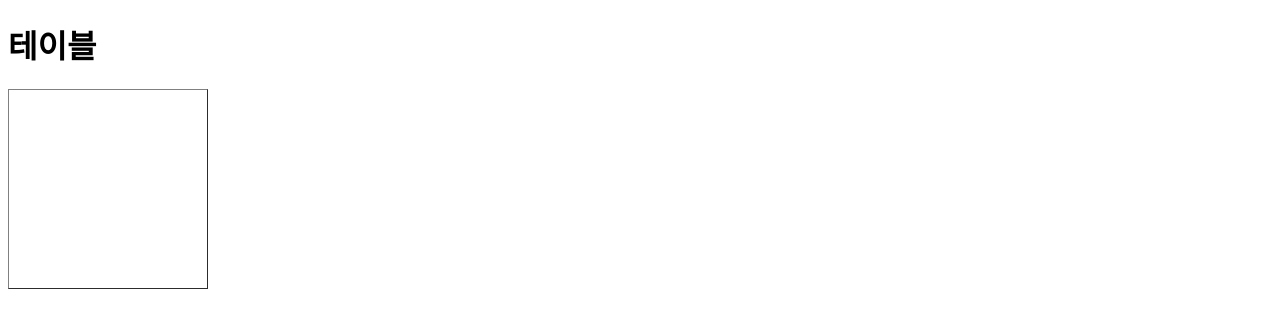
Repository: kmd192kmd/Web
Page: html/HtmlTest/src/main/webapp/ex15_table.html
These files come from the project's save history. The page is drawn as it stood at one moment and after the next save; the edit follows.
The browser window is 1280 px wide. The pictures show the whole page.

Above is the page before, as saved 2026-02-13 06:11:59.

### html/HtmlTest/src/main/webapp/ex15_table.html
<!DOCTYPE html>
<html>
<head>
<meta charset="UTF-8">
<title>Insert title here</title>
</head>
<body>
	<!-- ex15_table.html -->
	<!-- 테이블 셀 병합 -->
	<h1>테이블</h1>

	<table border="1" width="200" height="200"></table>
		<tr>
			<td></td>
		</tr>



</body>
</html>

After the next save:
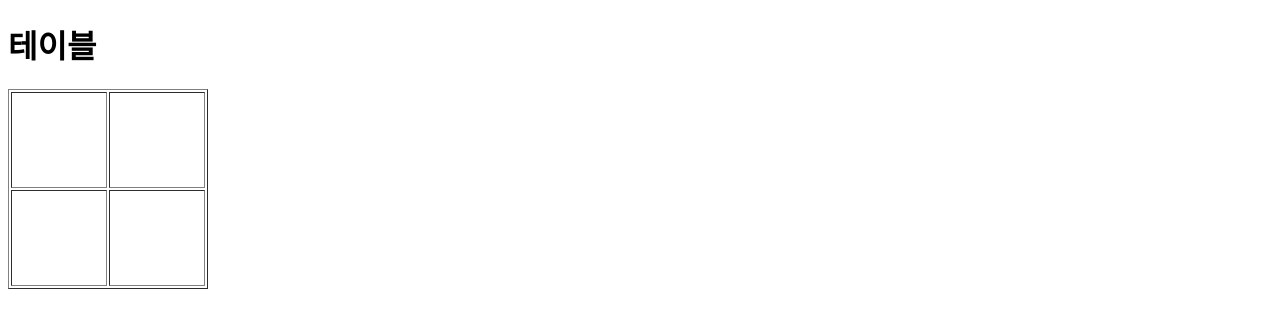
Saved 11 s later.
--- a/html/HtmlTest/src/main/webapp/ex15_table.html
+++ b/html/HtmlTest/src/main/webapp/ex15_table.html
@@ -9,11 +9,16 @@
 	<!-- 테이블 셀 병합 -->
 	<h1>테이블</h1>
 
-	<table border="1" width="200" height="200"></table>
+	<table border="1" width="200" height="200">
 		<tr>
 			<td></td>
+			<td></td>
 		</tr>
-
+		<tr>
+			<td></td>
+			<td></td>
+		</tr>
+	</table>
 
 
 </body>
